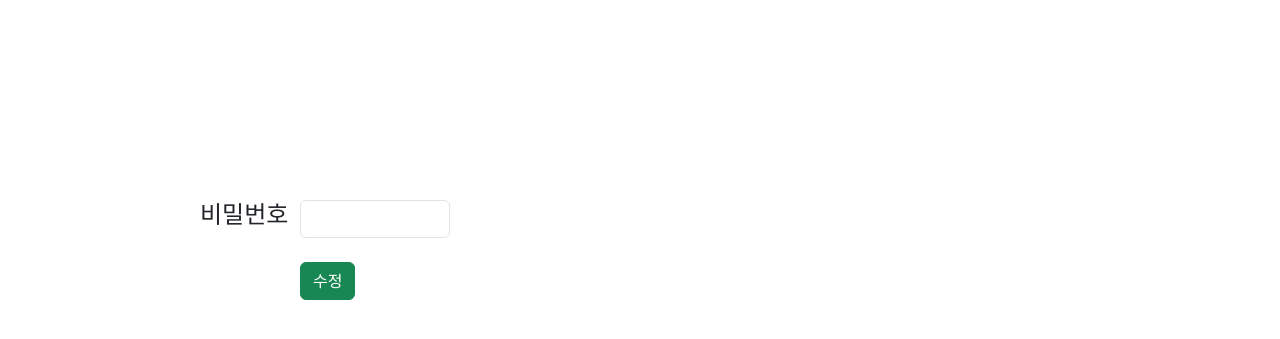
Repository: JunbroGit/SistProject
Page: http://localhost/jsaAjaxProject/simpleboard/updatepassForm.jsp
These files come from the project's save history. The page is drawn as it stood at one moment and after the next save; the edit follows.
The browser window is 1280 px wide. The pictures show the whole page.
Some web fonts or font styles are not loaded; a fallback is used. The page is served by Tomcat 9.

Above is the page before, as saved 2024-03-15 00:23:05.

After the next save:
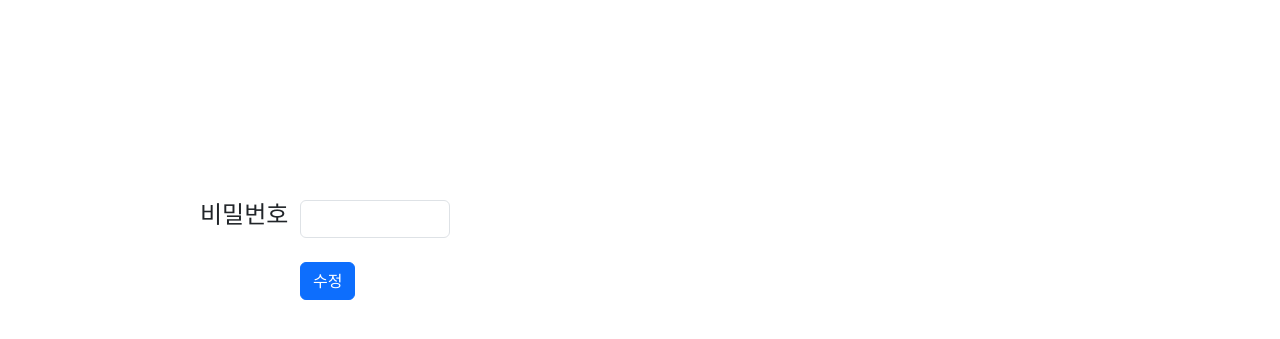
Saved 100 s later.
--- a/jspwork/jsaAjaxProject/src/main/webapp/simpleboard/updatepassForm.jsp
+++ b/jspwork/jsaAjaxProject/src/main/webapp/simpleboard/updatepassForm.jsp
@@ -17,7 +17,7 @@
 			<input type="password" class="form-control" required="required" name="pass" style="width: 150px;">
 		</div>
 		<br><br>
-		<button type="submit" class="btn btn-success" style="margin-left: 100px;">수정</button>
+		<button type="submit" class="btn btn-primary" style="margin-left: 100px;">수정</button>
 	</form>
 </div>
 </body>
